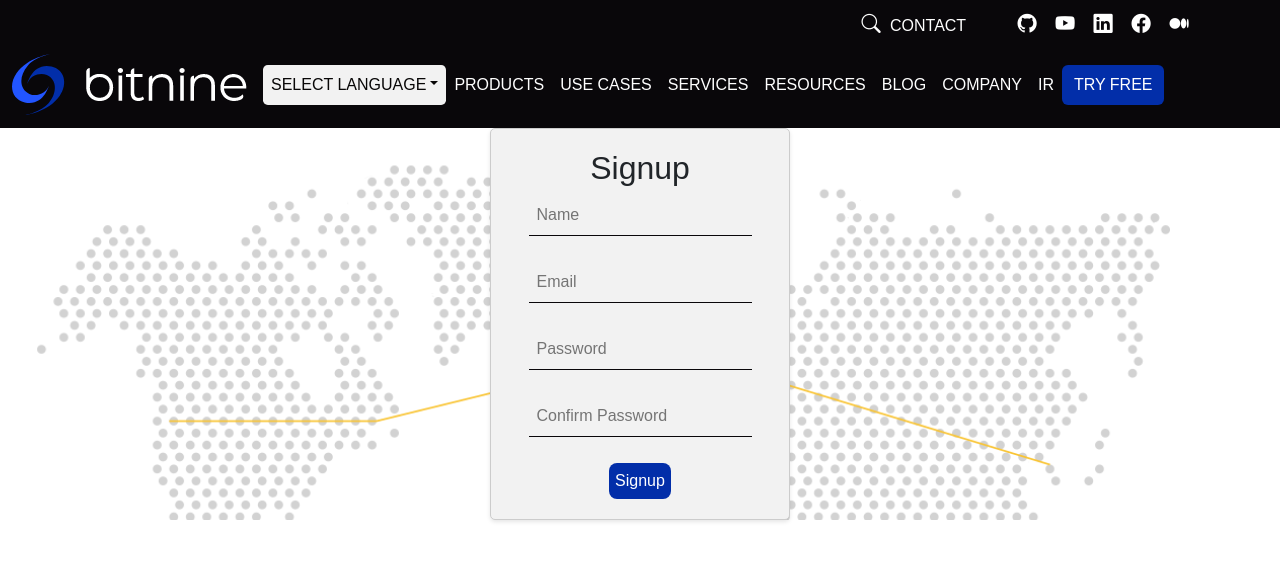
Repository: devblackie/signinpage
Page: /
An editor plug-in stored every save of this project. The page is shown before and after a run of saves, followed by the edit.
The browser window is 1280 px wide. The pictures show the whole page.
Some web fonts or font styles are not loaded; a fallback is used. The project was rebuilt for these pictures with package versions that can differ from the ones it lists, and the page was loaded fresh each time. Also part of the build but not shown: vite.config.js, src/components/Login.jsx, src/components/Dashboard.jsx, src/components/Home.jsx, src/components/ProtectedDashboard.jsx.

Above is the page before, as saved 2023-08-28 17:49:15.

### index.html
<!doctype html>
<html lang="en">
  <head>
    <meta charset="UTF-8" />
    <link rel="preconnect" href="https://fonts.googleapis.com">
<link rel="preconnect" href="https://fonts.gstatic.com" crossorigin>
<link href="https://fonts.googleapis.com/css2?family=Monda:wght@400;700&display=swap" rel="stylesheet">
    <link rel="stylesheet" href="https://cdn.jsdelivr.net/npm/bootstrap-icons@1.10.5/font/bootstrap-icons.css">
    <link href="https://cdn.jsdelivr.net/npm/bootstrap@5.3.1/dist/css/bootstrap.min.css" rel="stylesheet" integrity="sha384-4bw+/aepP/YC94hEpVNVgiZdgIC5+VKNBQNGCHeKRQN+PtmoHDEXuppvnDJzQIu9" crossorigin="anonymous">
    <meta name="viewport" content="width=device-width, initial-scale=1.0" />
    <title>Bitnine Login</title>
  </head>
  <body>
    <div id="root"></div>
    <script type="module" src="/src/main.jsx"></script>
    <script src="https://cdn.jsdelivr.net/npm/bootstrap@5.3.1/dist/js/bootstrap.bundle.min.js" integrity="sha384-HwwvtgBNo3bZJJLYd8oVXjrBZt8cqVSpeBNS5n7C8IVInixGAoxmnlMuBnhbgrkm" crossorigin="anonymous"></script>
  </body>
</html>

### src/main.jsx
import React from "react";
import ReactDOM from "react-dom";
import App from "./App";
import { UserProvider } from "./components/UserContext";

ReactDOM.render(
  <UserProvider>
    <App />
  </UserProvider>,
  document.getElementById("root")
);

### src/App.jsx
import React, { useState } from "react";
import { BrowserRouter as Router, Route, Routes } from "react-router-dom";
import Signup from "./components/Signup";
import Login from "./components/Login";
import Dashboard from "./components/Dashboard";
import Home from "./components/Home";
import ProtectedDashboard from "./components/ProtectedDashboard";
import "./App.css";

const App = () => {
  const [isAuthenticated, setIsAuthenticated] = useState(false);

  const handleLogin = () => {
    setIsAuthenticated(true);
  };

  return (
    <Router>
      <Routes>
        <Route
          path="/"
          element={
            <div>
              <Signup handleLogin={handleLogin} />
              {/* <Login handleLogin={handleLogin} /> */}
            </div>
          }
        />
        <Route
          path="/dashboard"
          // element={<ProtectedDashboard isAuthenticated={isAuthenticated} />}
          element={<Dashboard />}
        />
        <Route
          path="/home"
          // element={<ProtectedDashboard isAuthenticated={isAuthenticated} />}
          element={<Home />}
        />
      </Routes>
    </Router>
  );
};

export default App;

### src/components/UserContext.jsx
import React, { createContext, useContext, useState } from "react";

const UserContext = createContext();

export function UserProvider({ children }) {
  const [userName, setUserName] = useState("");

  return (
    <UserContext.Provider value={{ userName, setUserName }}>
      {children}
    </UserContext.Provider>
  );
}

export function useUser() {
  return useContext(UserContext);
}

### src/components/Signup.jsx
import React, { useState } from "react";
import "./signup.css";
import { useUser } from "./UserContext";
import { useNavigate } from "react-router-dom";
import Header from "./Header";

const Signup = ({ handleLogin }) => {
  // States for registration
  const [email, setEmail] = useState("");
  const [name, setName] = useState("");
  const [password, setPassword] = useState("");
  const [cpassword, setCPassword] = useState("");
  const [formErrors, setFormErrors] = useState({});
  const navigate = useNavigate();
  const { setUserName } = useUser(); // Ret

  // State for tracking submission status
  const [submissionStatus, setSubmissionStatus] = useState("none"); // Possible values: "none", "success", "error"

  // Handling input changes
  const handleInputChange = (e) => {
    const { name, value } = e.target;
    if (name === "name") setName(value);
    if (name === "email") setEmail(value);
    if (name === "password") setPassword(value);
    if (name === "cpassword") setCPassword(value);
    setSubmissionStatus("none");
  };

  const handleSignform = (e) => {
    e.preventDefault();
    const errors = validateForm();
    if (Object.keys(errors).length === 0) {
      setSubmissionStatus("success");
      setUserName(name); // Set the userName in the context
    } else {
      setFormErrors(errors);
      setSubmissionStatus("error");
    }
  };

  // Form validations
  const validateForm = () => {
    const errors = {};
    const regex = /^[^\s+@]+@[^\s@]+\.[^\s@]{2,}$/i;

    if (!name) errors.name = "Name is required";
    if (!email) errors.email = "Email is required";
    else if (!regex.test(email))
      errors.email = "This is not a valid email format!";

    if (!password) errors.password = "Password is required";
    else if (password.length < 4)
      errors.password = "Password must be more than 4 characters";
    else if (password.length > 10)
      errors.password = "Password cannot exceed more than 10 characters";

    if (!cpassword) errors.cpassword = "Confirm Password is required";
    else if (cpassword !== password)
      errors.cpassword = "Confirm password and password should be the same";
    return errors;
  };

  return (
    <>
      <Header userName={name} />
      <div className="form-container">
        {submissionStatus === "success" ? (
          <div className="success">
            <h1>User {name} successfully registered!!</h1>
            <a onClick={() => navigate("/home")}>
              Click to continue to the main site
            </a>
          </div>
        ) : (
          <form onSubmit={handleSignform}>
            <h2>Signup</h2>
            <input
              type="text"
              name="name"
              placeholder="Name"
              value={name}
              onChange={handleInputChange}
            />
            <p className="error">{formErrors.name}</p>
            <input
              type="email"
              name="email"
              placeholder="Email"
              value={email}
              onChange={handleInputChange}
            />
            <p className="error">{formErrors.email}</p>
            <input
              type="password"
              name="password"
              placeholder="Password"
              value={password}
              onChange={handleInputChange}
            />
            <p className="error">{formErrors.password}</p>
            <input
              type="password"
              placeholder="Confirm Password"
              value={cpassword}
              name="cpassword"
              onChange={handleInputChange}
            />
            <p className="error">{formErrors.cpassword}</p>
            <button className-="bton" type="submit">
              Signup
            </button>
          </form>
        )}
      </div>
    </>
  );
};

export default Signup;

### src/App.css
#root {
  max-width: 1280px;
  margin: 0 auto;
  padding: 2rem;
  text-align: center;
}
.btn1{background-color:#022ea9;
  color:#fff;
  outline:none;
  border:none;}
  .btn1:hover{
    color:orange;
    background-color:#022ea9;
  }


@media (prefers-reduced-motion: no-preference) {
  a:nth-of-type(2) .logo {
    animation: logo-spin infinite 20s linear;
  }
}

.card {
  padding: 2em;
}

.read-the-docs {
  color: #888;
}

### src/components/signup.css
form .error {
  color: red;
  font-size: 12px;
}
.form-container {
  background-image: url("../assets/map2.png");
  background-size: cover;
  background-repeat: no-repeat;
  font-family: "Monda", sans-serif;
  margin-top: 6em;
}
form {
  background-color: #f2f2f2;
  max-width: 300px;
  margin: 0 auto;
  padding: 20px;
  border: 1px solid #ccc;
  border-radius: 5px;
  box-shadow: 0 2px 4px rgba(0, 0, 0, 0.1);
}
form input {
  margin-bottom: 10px;
  padding: 8px;
  border: none;
  border-bottom: 1px solid #09070a;
  /* border-radius: 3px; */
  background-color: transparent;
}
input:focus,
input:focus-visible {
  outline: none;
  background-color: inherit;
}
form button {
  background-color: #022ea9;
  color: #fff;
  outline: none;
  border: none;
  border-radius: 8px;
  padding: 6px;
}
button:hover {
  color: orange;
  background-color: #022ea9;
}

### src/components/Header.jsx
import React from "react";
import "./style/navbar.css";
import {useUser} from "./UserContext"   //Path to UserContext file
import Logo from "../assets/bitnine-logo_.png";

export default function Header() {
  const {userName}= useUser()        //Retrieve userName from the context
  return (
    <>
      <div className="fixed-top header">
        <header class="topbar">
          <div class="container">
            <div class="row">
              {/* <!-- social icon--> */}
              <div class="col-sm-12">
                <ul class="social-network">
                  <div className="hovver">
                    <li>
                      <a class="waves-effect waves-dark" id="hovver" href="#">
                        <i class="bi bi-search"></i>
                      </a>
                    </li>
                    <li>
                      <a
                        class="waves-effect waves-dark tact"
                        id="hovver"
                        href="#"
                      >
                        contact
                      </a>
                    </li>
                  </div>
                  <div className="soc">
                    <li id="git">
                      <a class="waves-effect waves-dark" href="#">
                        <i class="bi bi-github"></i>
                      </a>
                    </li>
                    <li id="youtube">
                      <a class="waves-effect waves-dark" href="#">
                        <i class="bi bi-youtube"></i>
                      </a>
                    </li>
                    <li id="in">
                      <a class="waves-effect waves-dark" href="#">
                        <i class="bi bi-linkedin"></i>
                      </a>
                    </li>
                    <li id="fb">
                      <a class="waves-effect waves-dark" href="#">
                        <i class="bi bi-facebook"></i>
                      </a>
                    </li>
                    <li id="medium">
                      <a class="waves-effect waves-dark" href="#">
                        <i class="bi bi-medium"></i>
                      </a>
                    </li>
                  </div>

                </ul>
                <p className="text warning">{userName}</p>
              </div>
            </div>
          </div>
        </header>
        <nav className="navbar navbar-expand-lg">
          <div className="container-fluid">
            <a className="navbar-brand" href="#">
              <img src={`${Logo}`} alt="logo" />
            </a>

            <div
              className="collapse navbar-collapse"
              id="navbarSupportedContent"
            >
              <ul className="navbar-nav me-auto mb-2 mb-lg-0">
                <li className="nav-item dropdown">
                  <a
                    className="nav-link dropdown-toggle color-tertiary"
                    href="#"
                    role="button"
                    data-bs-toggle="dropdown"
                    aria-expanded="false"
                  >
                    Select Language
                  </a>
                  <ul className="dropdown-menu">
                    <li>
                      <a className="dropdown-item" href="#">
                        English
                      </a>
                    </li>
                    <li>
                      <a className="dropdown-item" href="#">
                        한국
                      </a>
                    </li>
                  </ul>
                </li>
                <li className="nav-item">
                  <a className="nav-link" href="#">
                    products
                  </a>
                </li>
                <li className="nav-item">
                  <a className="nav-link" href="#">
                    use cases
                  </a>
                </li>
                <li className="nav-item">
                  <a className="nav-link" href="#">
                    services
                  </a>
                </li>
                <li className="nav-item">
                  <a className="nav-link" href="#">
                    resources
                  </a>
                </li>
                <li className="nav-item">
                  <a className="nav-link" href="#">
                    blog
                  </a>
                </li>
                <li className="nav-item">
                  <a className="nav-link" href="#">
                    company
                  </a>
                </li>
                <li className="nav-item">
                  <a className="nav-link" href="#">
                    ir
                  </a>
                </li>

                <button class="btn btn-outline-primary" type="submit">
                  TRY FREE
                </button>
              </ul>
            </div>
          </div>
        </nav>
      </div>
    </>
  );
}

### src/components/style/navbar.css
.header {
  background-color: #09070a;
  font-family: "Monda", sans-serif;
}
.nav-item .nav-link {
  color: #fff;
  text-transform: uppercase;
}
.nav-item .nav-link:active,
.nav-item .nav-link:hover {
  color: orange;
}
.dropdown {
  background-color: #f2f2f2;
  border-radius: 0.3rem;
  .nav-link {
    color: #080707;
  }
  .nav-link:hover {
    color: #080707;
  }
}


.topbar .container .row {
  margin-top: -7px;
}

ul.social-network {
  border: none;
  display: flex;
  /* justify-content:flex-end; */
  list-style: none;
  margin: 5px 0 0 -25px;
  float: right;
}
ul.social-network .hovver {
  margin-right: 3rem;
}
ul.social-network .soc {
  margin-left: 2rem;
  margin-right: 0;
}
ul.social-network .soc #git,
#youtube,
#in,
#fb,
#medium {
  position: relative;
}
ul.social-network .soc #git::before {
  content: "";
  position: absolute;
  top: -100%;
  left: 0;
  width: 100%;
  height: 100%;
  background-color: #666666;
  transition: top 0.3s ease; /* Transition effect for sliding */
  z-index: -1;
}
ul.social-network .soc #git:hover::before,
ul.social-network .soc #youtube:hover::before,
ul.social-network .soc #in:hover::before,
ul.social-network .soc #fb:hover::before,
ul.social-network .soc #medium:hover::before {
  top: 0; /* Slide the background from the top */
}

ul.social-network .soc #youtube::before {
  content: "";
  position: absolute;
  top: -100%;
  left: 0;
  width: 100%;
  height: 100%;
  background-color: red;
  transition: top 0.3s ease; /* Transition effect for sliding */
  z-index: -1;
}
ul.social-network .soc #in::before {
  content: "";
  position: absolute;
  top: -100%;
  left: 0;
  width: 100%;
  height: 100%;
  background-color: #0a66c2;
  transition: top 0.3s ease; /* Transition effect for sliding */
  z-index: -1;
}
ul.social-network .soc #fb::before {
  content: "";
  position: absolute;
  top: -100%;
  left: 0;
  width: 100%;
  height: 100%;
  background-color: #395498;
  transition: top 0.3s ease; /* Transition effect for sliding */
  z-index: -1;
}
ul.social-network .soc #medium::before {
  content: "";
  position: absolute;
  top: -100%;
  left: 0;
  width: 100%;
  height: 100%;
  background-color: #30b570;
  transition: top 0.3s ease; /* Transition effect for sliding */
  z-index: -1;
}

ul.social-network .soc li {
  border: none;
  margin: 0;
}
ul.social-network li a {
  text-decoration: none;
  text-transform: uppercase;
}
ul.social-network li a#hovver:hover {
  color: #666666;
  font-weight: 700;
  font-family: "Monda", sans-serif;
}

ul.social-network li i {
  font-size: 1.2rem;
  margin: 0;
}

ul.social-network li {
  padding: 13px 0 0;
  width: 38px;
  display: inline-block;
  text-align: center;
  height: 40px;
  vertical-align: baseline;
}

.btn {
  background-color: #022ea9;
  color: #fff;
  outline: none;
  border: none;
}
.btn:hover {
  color: orange;
  background-color: #022ea9;
}
.waves-effect {
  color: #fff;
}

After the next 3 saves:
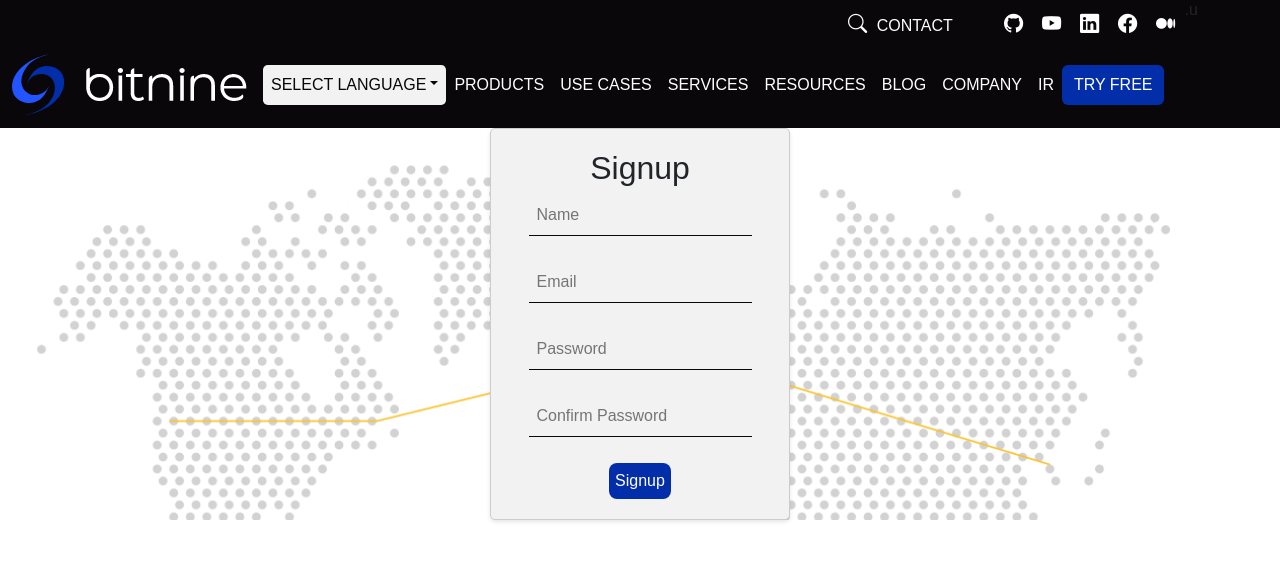
The 3 saves are shown as one change because they came seconds apart.
The last was saved 17 s later.
--- a/src/components/Header.jsx
+++ b/src/components/Header.jsx
@@ -57,7 +57,7 @@
                       </a>
                     </li>
                   </div>
-
+                  .u
                 </ul>
                 <p className="text warning">{userName}</p>
               </div>
